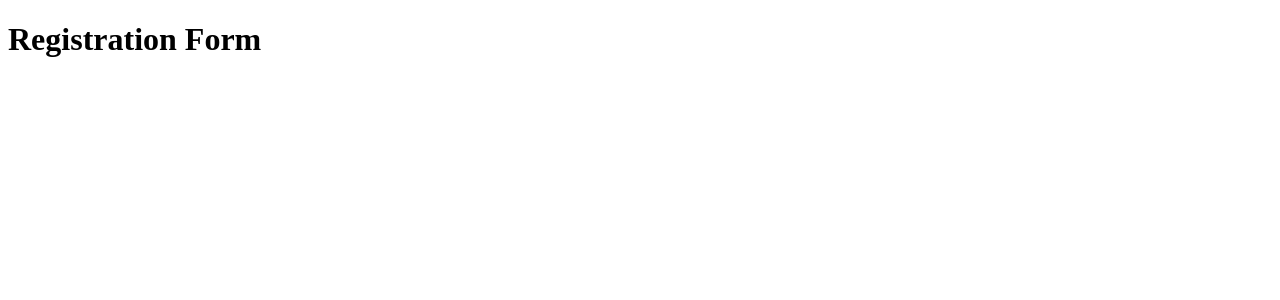
Repository: ishani17/DHANJYOTHI_BANKINGPROJECT
Page: http://localhost/netbank-dev/src/webapp/views/registration.jsp
The author's editor kept a copy of each file at every save. The page is drawn from the files as they stood at one save, then again after the next save.
The browser window is 1280 px wide. The pictures show the whole page.
The page is served by Tomcat 9. Other server files are loaded and not shown.

Above is the page before, as saved 2020-06-30 10:53:53.

### netbank-dev/src/webapp/views/registration.jsp
<%@ page language="java" contentType="text/html; charset=ISO-8859-1"
    pageEncoding="ISO-8859-1"%>
<!DOCTYPE html>
<html>
<head>
<meta charset="ISO-8859-1">
<title>Insert title here</title>
</head>
<body>

  <h1> Registration Form  </h1>
  <form action= "userDetail"></form>


</body>
</html>

After the next save:
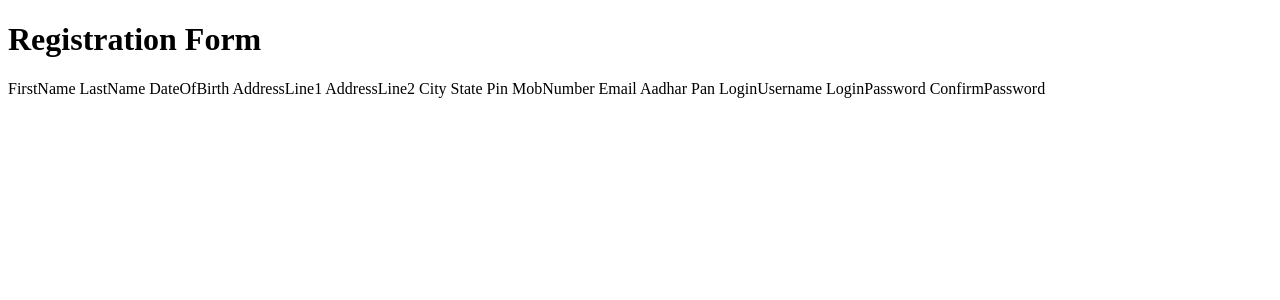
Saved 2 min 43 s later.
--- a/netbank-dev/src/webapp/views/registration.jsp
+++ b/netbank-dev/src/webapp/views/registration.jsp
@@ -9,7 +9,31 @@
 <body>
 
   <h1> Registration Form  </h1>
-  <form action= "userDetail"></form>
+  <form action= "userDetail">
+
+  FirstName
+  LastName
+  DateOfBirth
+  AddressLine1
+  AddressLine2
+  City
+  State
+  Pin
+  MobNumber
+  Email
+  Aadhar
+  Pan
+  LoginUsername
+  LoginPassword
+  ConfirmPassword
+
+
+
+
+
+  </form>
+
+
 
 
 </body>
